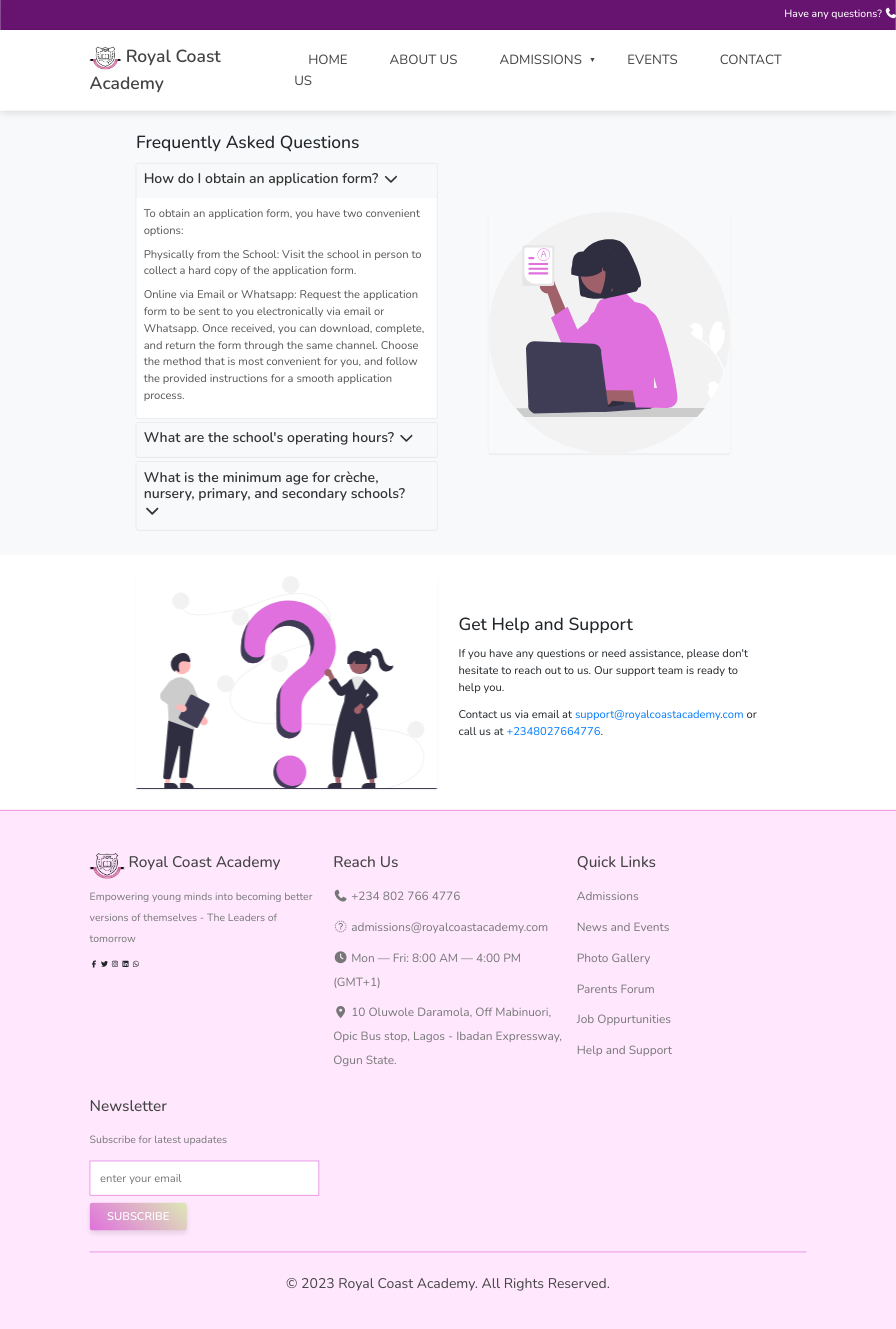
Repository: AdeniranZion/RC-Academy
Page: http://localhost/faq.php
These files come from the project's save history. The page is drawn as it stood at one moment and after the next save; the edit follows.
The browser window is 1280 px wide. The pictures show the whole page, at 70% of full size.
Some web libraries are served in a nearby version. The page is run by PHP 8.4 with error messages shown; the project is at /var/www/html/.

Above is the page before, as saved 2024-06-24 07:52:23.
Console error: TypeError: Cannot set properties of null (setting 'onclick')

After the next save:
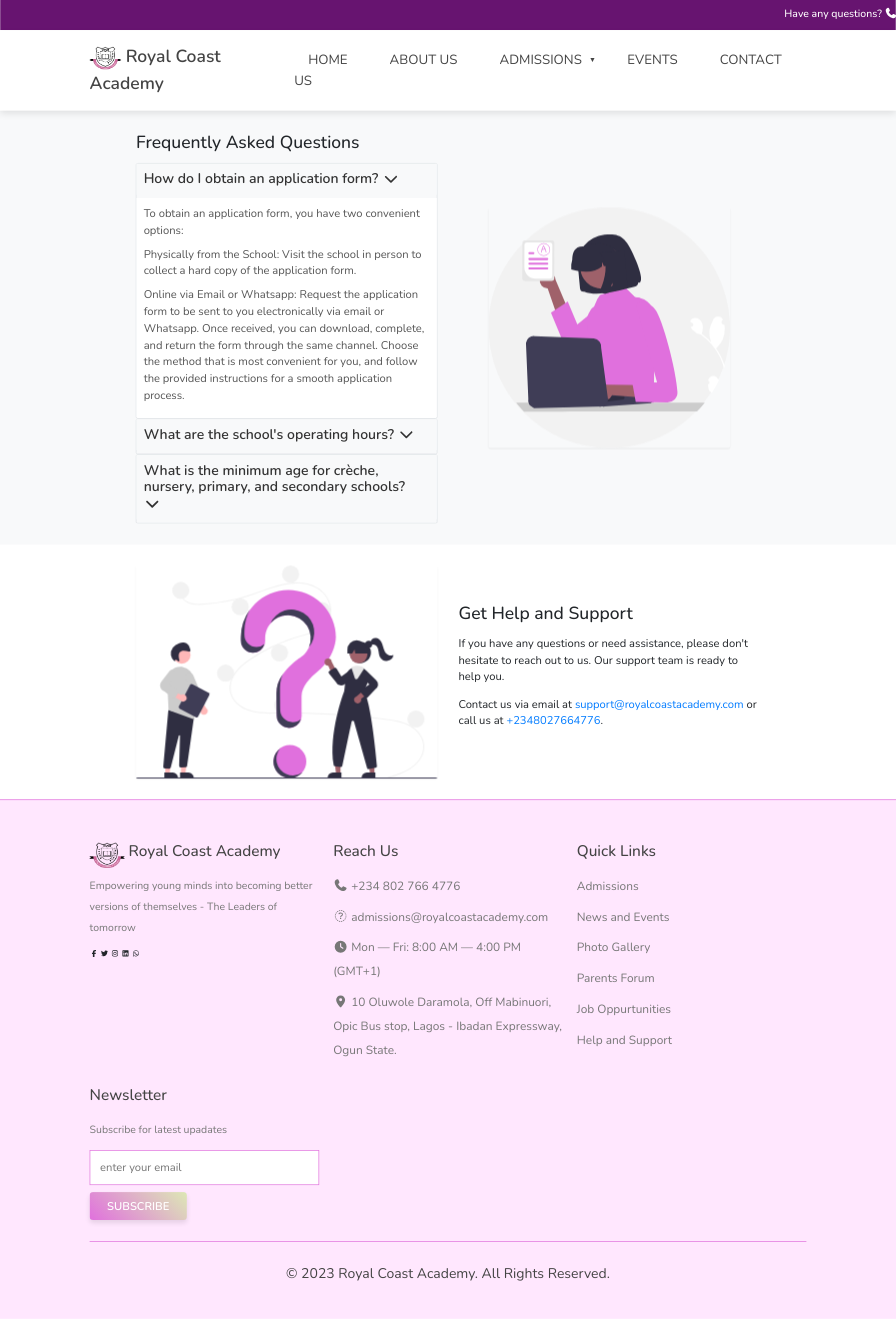
Saved 15 s later.
--- a/faq.php
+++ b/faq.php
@@ -5,7 +5,7 @@
     .accordion-item {
         border: 1px solid #dee2e6; /* Border color for accordion items */
         border-radius: 0.25rem; /* Rounded corners */
-        margin-bottom: 5px; /* Margin between accordion items */
+        margin-bottom: 0px; /* Margin between accordion items */
     }
 
     .accordion-button {
